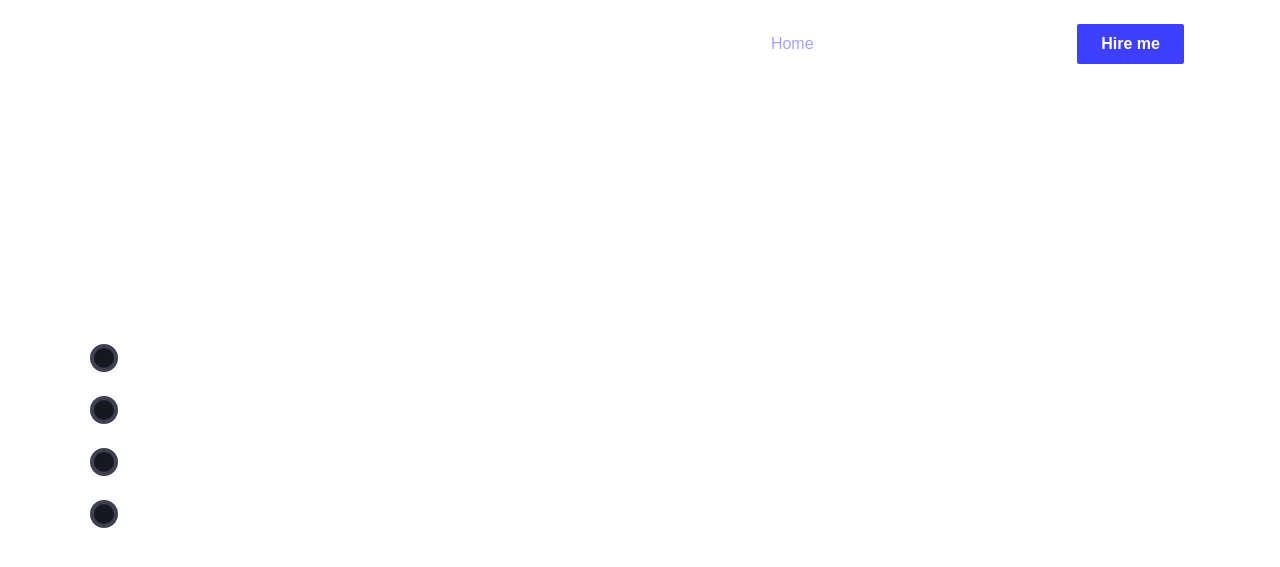
Repository: Alex0715/portfolio
Page: /
The author's editor kept a copy of each file at every save. The page is drawn from the files as they stood at one save, then again after the next save.
The browser window is 1280 px wide. The pictures show the whole page.
The project was rebuilt for these pictures with package versions that can differ from the ones it lists, and the page was loaded fresh each time. The framework's server and built-in components were replaced by stand-ins that run in the browser. Also part of the build but not shown: next.config.js.

Above is the page before, as saved 2022-02-03 22:07:31.

After the next save:
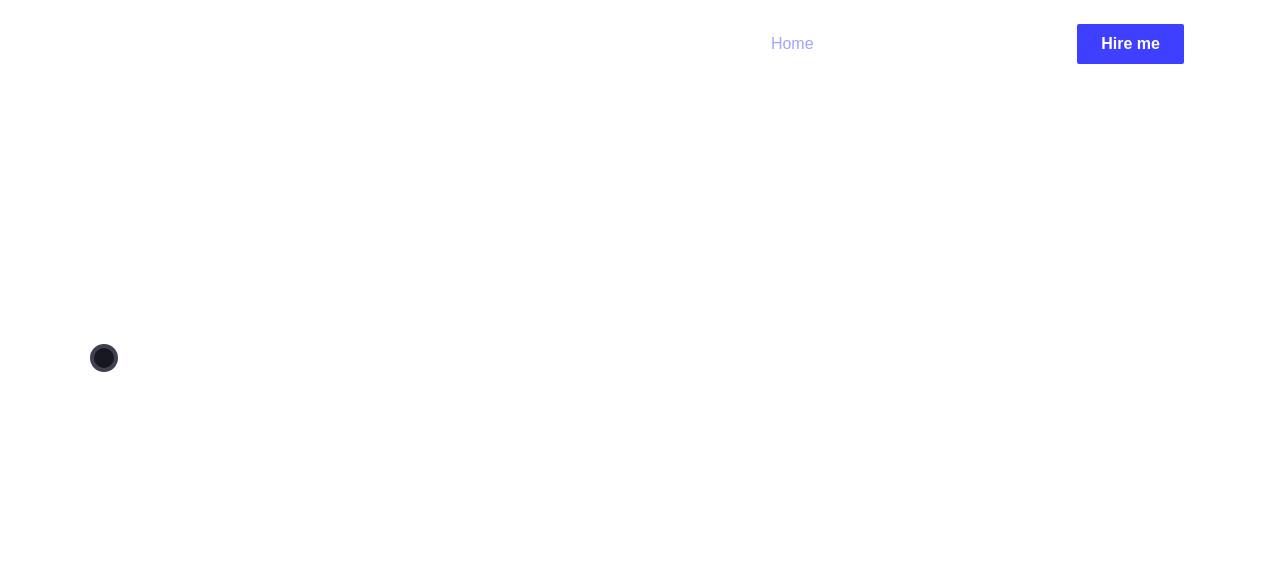
Saved 53 s later.
--- a/pages/components/Banner.js
+++ b/pages/components/Banner.js
@@ -7,16 +7,6 @@
 
         <a href="#" className="nav-dot selected-circle block w-7 h-7 rounded-full border-4 border-nav bg-body hover:bg-theme">
         <span className="bg-black px-2 py-1 rounded-md ml-10 opacity-0">Home</span></a>
-
-        <a href="#" className="nav-dot selected-circle block w-7 h-7 rounded-full border-4 border-nav bg-body hover:bg-theme">
-        <span className="bg-black px-2 py-1 rounded-md ml-10 opacity-0">Work</span></a>
-
-        <a href="#" className="nav-dot selected-circle block w-7 h-7 rounded-full border-4 border-nav bg-body hover:bg-theme">
-        <span className="bg-black px-2 py-1 rounded-md ml-10 opacity-0">Clients</span></a>
-
-        <a href="#" className="nav-dot selected-circle block w-7 h-7 rounded-full border-4 border-nav bg-body hover:bg-theme">
-        <span className="bg-black px-2 py-1 rounded-md ml-10 opacity-0">Hire!</span></a>
-
         </div>
         </nav>
 

After the save that followed:
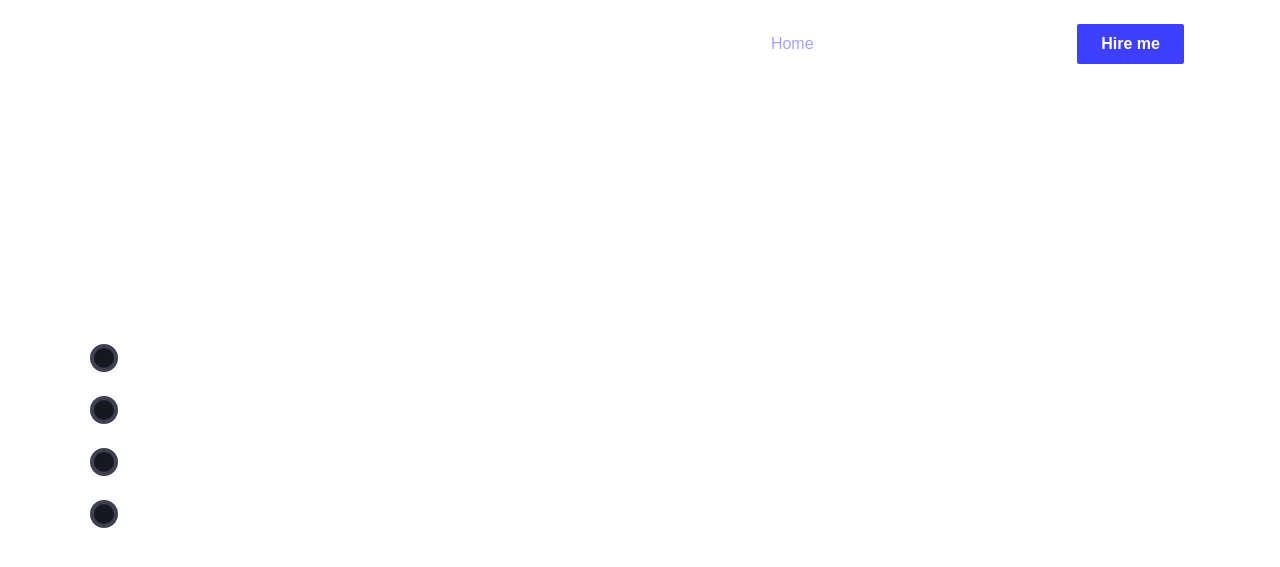
Saved 11 s later.
--- a/pages/components/Banner.js
+++ b/pages/components/Banner.js
@@ -7,9 +7,18 @@
 
         <a href="#" className="nav-dot selected-circle block w-7 h-7 rounded-full border-4 border-nav bg-body hover:bg-theme">
         <span className="bg-black px-2 py-1 rounded-md ml-10 opacity-0">Home</span></a>
+
+        <a href="#" className="nav-dot selected-circle block w-7 h-7 rounded-full border-4 border-nav bg-body hover:bg-theme">
+        <span className="bg-black px-2 py-1 rounded-md ml-10 opacity-0">Work</span></a>
+
+        <a href="#" className="nav-dot selected-circle block w-7 h-7 rounded-full border-4 border-nav bg-body hover:bg-theme">
+        <span className="bg-black px-2 py-1 rounded-md ml-10 opacity-0">Clients</span></a>
+
+        <a href="#" className="nav-dot selected-circle block w-7 h-7 rounded-full border-4 border-nav bg-body hover:bg-theme">
+        <span className="bg-black px-2 py-1 rounded-md ml-10 opacity-0">Hire!</span></a>
+
         </div>
         </nav>
-
 
 
       </div>
